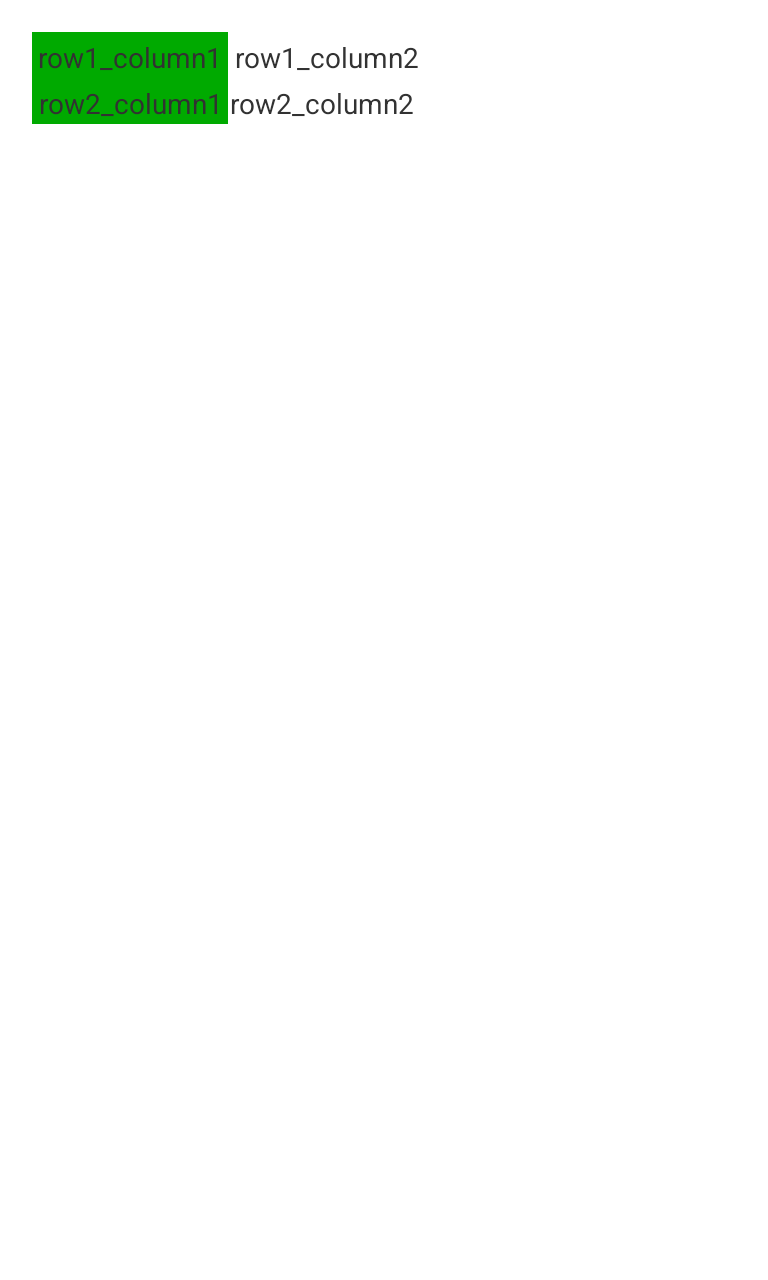
Repository: HouJun11220033/Android
Layout: Layout_02/res/layout/main.xml
The author's editor kept a copy of each file at every save. The layout is drawn from the files as they stood at one save, then again after the next save.
It is drawn on a 768 x 1280 px phone screen (xhdpi) without system bars, with theme AppTheme; the app's code is not run.

Above is the layout before, as saved 2016-09-15 13:21:28.

After the next save:
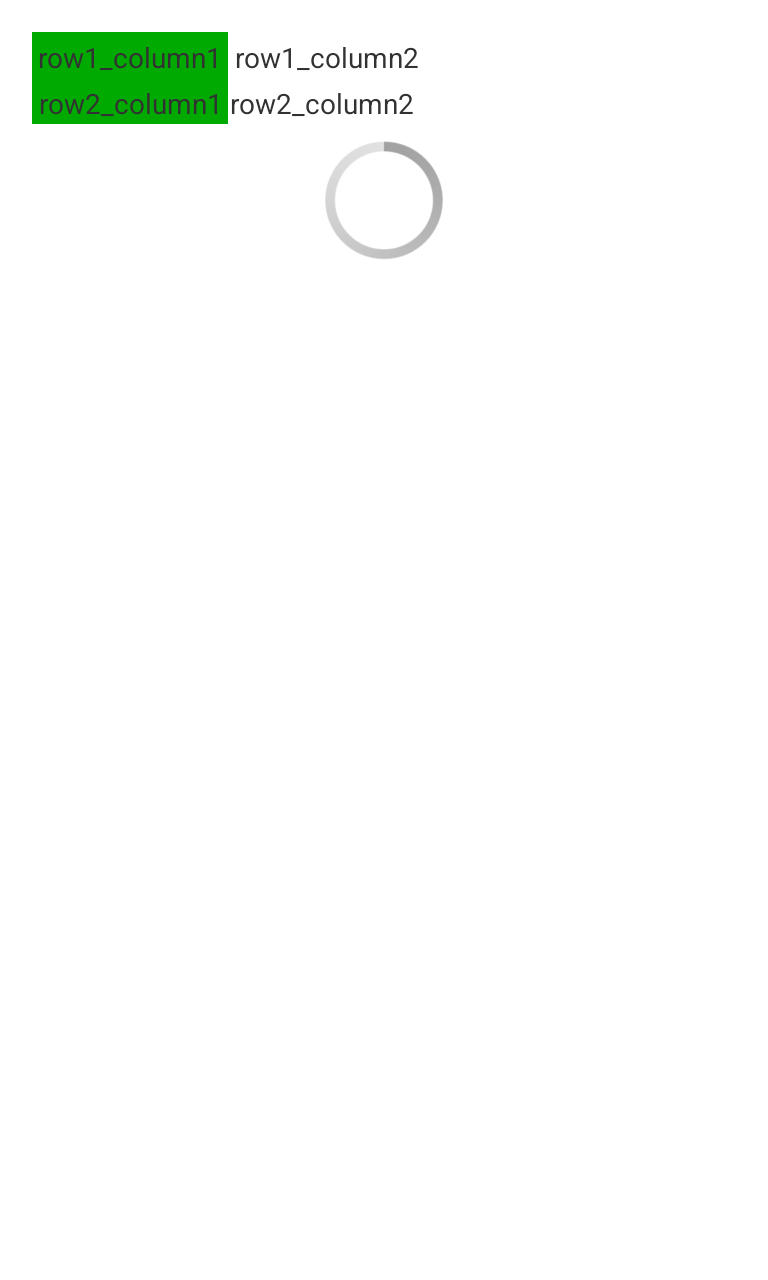
Saved 69 s later.
--- a/Layout_02/res/layout/main.xml
+++ b/Layout_02/res/layout/main.xml
@@ -42,4 +42,10 @@
         </TextView>
     </TableRow>
 
+    <ProgressBar
+        android:id="@+id/progressBar1"
+        style="?android:attr/progressBarStyleLarge"
+        android:layout_width="wrap_content"
+        android:layout_height="wrap_content" />
+
 </TableLayout>

After the save that followed:
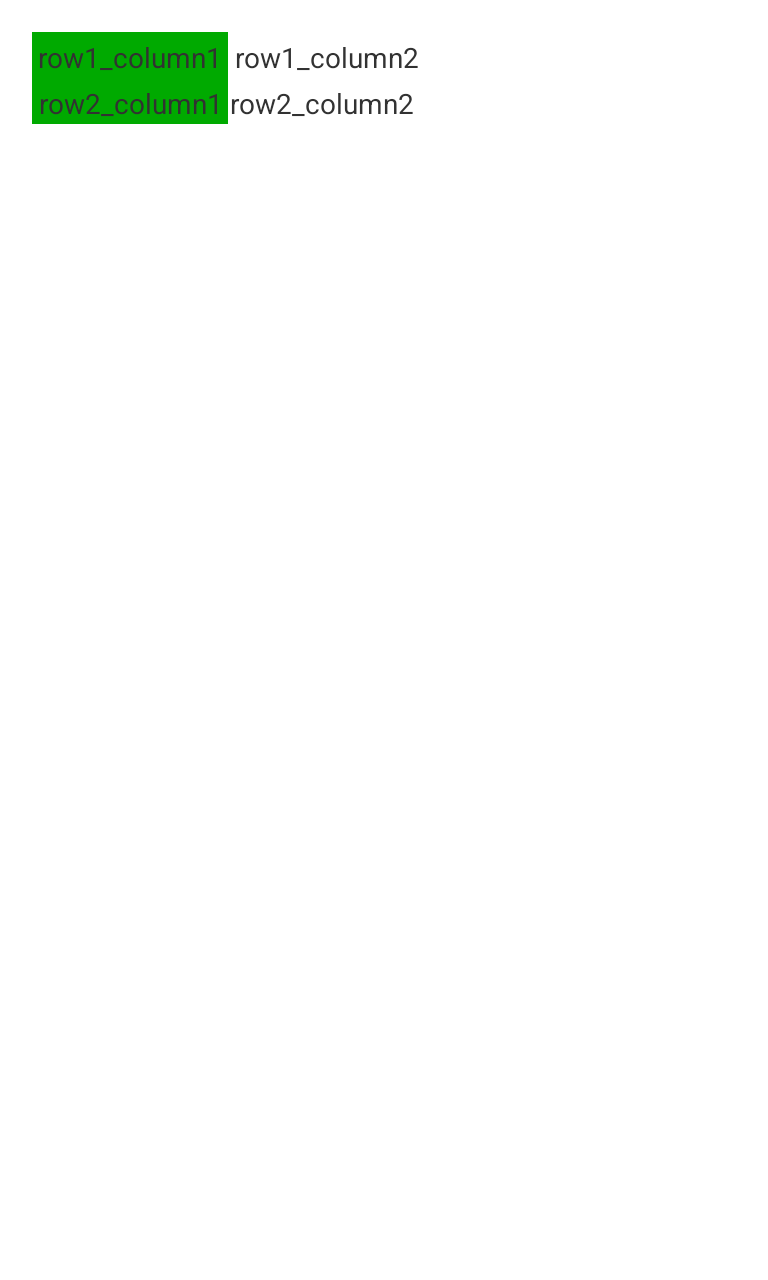
Saved 5 min 13 s later.
--- a/Layout_02/res/layout/main.xml
+++ b/Layout_02/res/layout/main.xml
@@ -42,10 +42,4 @@
         </TextView>
     </TableRow>
 
-    <ProgressBar
-        android:id="@+id/progressBar1"
-        style="?android:attr/progressBarStyleLarge"
-        android:layout_width="wrap_content"
-        android:layout_height="wrap_content" />
-
 </TableLayout>
